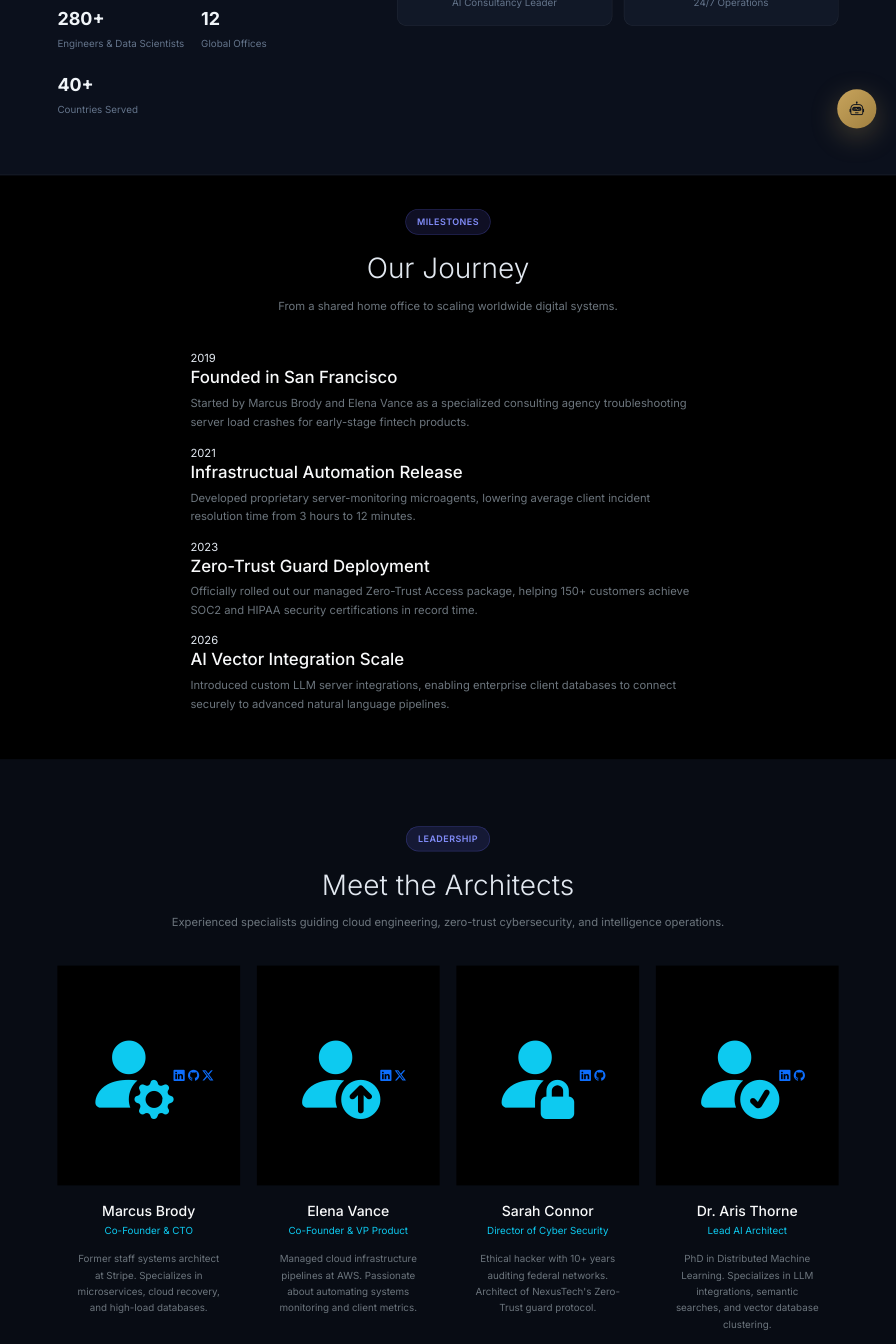
Repository: ruzni-dev/project-showcase
Page: pages/52-IT-Solutions-Website/pages/about.html
These files come from the project's save history. The page is drawn as it stood at one moment and after the next save; the edit follows.
The browser window is 1280 px wide. The pictures show the part of the page from y = 509 to 2429 px (the page is 2875 px tall before and 2940 px after), at 70% of full size.
Some web fonts or font styles are not loaded; a fallback is used.

Above is the page before, as saved 2026-05-24 21:47:11.

### pages/52-IT-Solutions-Website/pages/about.html
<!DOCTYPE html>
<html lang="en">
<head>
    <meta charset="UTF-8">
    <meta name="viewport" content="width=device-width, initial-scale=1.0">
    <title>NexusForge AI — Premium IT Solutions & Intelligent Automation</title>
    <link rel="icon" type="image/svg+xml" href="../assets/images/favicon.svg">
    <link rel="apple-touch-icon" href="../assets/images/favicon.svg">

    <!-- Bootstrap 5.3 CSS -->
    <link href="https://cdn.jsdelivr.net/npm/bootstrap@5.3.2/dist/css/bootstrap.min.css" rel="stylesheet">
    <!-- Bootstrap Icons -->
    <link href="https://cdn.jsdelivr.net/npm/bootstrap-icons@1.11.3/font/bootstrap-icons.css" rel="stylesheet">
    <!-- Google Fonts: Premium Typography -->
    <link href="https://fonts.googleapis.com/css2?family=Inter:wght@300;400;500;600;700;800;900&family=Playfair+Display:ital,wght@0,500;0,600;0,700;1,500&family=JetBrains+Mono:wght@400;500;600&display=swap" rel="stylesheet">
    <!-- AOS Animation -->
    <link href="https://unpkg.com/aos@2.3.1/dist/aos.css" rel="stylesheet">
    <!-- Custom Theme CSS -->
    <link href="../assets/css/style.css" rel="stylesheet">
</head>
<body>

    <!-- ==================== NAVBAR ==================== -->
    <nav class="navbar navbar-expand-lg fixed-top" id="mainNav">
        <div class="container">
            <a class="navbar-brand" href="../index.html">
                <div class="brand-mark"><i class="bi bi-cpu-fill"></i></div>
                <span>NexusForge AI</span>
            </a>
            <button class="navbar-toggler" type="button" data-bs-toggle="collapse" data-bs-target="#navContent">
                <span class="navbar-toggler-icon"></span>
            </button>
            <div class="collapse navbar-collapse" id="navContent">
                <ul class="navbar-nav mx-auto mb-2 mb-lg-0 gap-1">
                    <li class="nav-item"><a class="nav-link" href="../index.html" data-page="home">Home</a></li>
                    <li class="nav-item"><a class="nav-link active" href="about.html#about" data-page="about">About</a></li>
                    <li class="nav-item"><a class="nav-link" href="services.html" data-page="services">Services</a></li>
                    <li class="nav-item"><a class="nav-link" href="portfolio.html" data-page="portfolio">Portfolio</a></li>
                    <li class="nav-item"><a class="nav-link" href="ai-solutions.html" data-page="ai-solutions">AI Solutions</a></li>
                    <li class="nav-item"><a class="nav-link" href="contact.html" data-page="contact">Contact</a></li>
                </ul>
                <a href="#contact" class="btn-nav">Start a Project <i class="bi bi-arrow-right ms-1"></i></a>
            </div>
        </div>
    </nav>

    <!-- ==================== PAGE 2: ABOUT ==================== -->
    <section class="page-section dark-page" id="about">
        <div class="container">
            <div class="row align-items-center g-5">
                <div class="col-lg-5" data-aos="fade-right" data-aos-duration="900">
                    <span class="section-eyebrow">Our Story</span>
                    <h2 class="section-title">A decade of <span class="accent">excellence</span> in technology consulting</h2>
                    <p class="section-subtitle">
                        Founded in 2014 by a team of MIT and Stanford engineers, NexusForge AI has grown from a boutique consultancy into a global technology partner. We combine deep technical expertise with strategic vision to solve the most complex challenges.
                    </p>
                    <div class="d-flex gap-4 mt-4 flex-wrap">
                        <div><strong style="font-size:1.6rem;color:#f1f5f9;">280+</strong><br><small style="color:var(--slate-500);">Engineers & Data Scientists</small></div>
                        <div><strong style="font-size:1.6rem;color:#f1f5f9;">12</strong><br><small style="color:var(--slate-500);">Global Offices</small></div>
                        <div><strong style="font-size:1.6rem;color:#f1f5f9;">40+</strong><br><small style="color:var(--slate-500);">Countries Served</small></div>
                    </div>
                </div>
                <div class="col-lg-7" data-aos="fade-left" data-aos-duration="1000">
                    <div class="row g-3">
                        <div class="col-6">
                            <div style="background:var(--bg-card);border:1px solid var(--border-subtle);border-radius:var(--radius-md);padding:20px;text-align:center;">
                                <i class="bi bi-trophy-fill" style="font-size:2rem;color:var(--gold);"></i>
                                <h6 class="mt-2" style="color:#f1f5f9;">Forbes Tech Council</h6>
                                <small style="color:var(--slate-500);">Member since 2019</small>
                            </div>
                        </div>
                        <div class="col-6">
                            <div style="background:var(--bg-card);border:1px solid var(--border-subtle);border-radius:var(--radius-md);padding:20px;text-align:center;">
                                <i class="bi bi-shield-check-fill" style="font-size:2rem;color:var(--teal);"></i>
                                <h6 class="mt-2" style="color:#f1f5f9;">ISO 27001 Certified</h6>
                                <small style="color:var(--slate-500);">Security Excellence</small>
                            </div>
                        </div>
                        <div class="col-6">
                            <div style="background:var(--bg-card);border:1px solid var(--border-subtle);border-radius:var(--radius-md);padding:20px;text-align:center;">
                                <i class="bi bi-award-fill" style="font-size:2rem;color:var(--gold-light);"></i>
                                <h6 class="mt-2" style="color:#f1f5f9;">Gartner Recognized</h6>
                                <small style="color:var(--slate-500);">AI Consultancy Leader</small>
                            </div>
                        </div>
                        <div class="col-6">
                            <div style="background:var(--bg-card);border:1px solid var(--border-subtle);border-radius:var(--radius-md);padding:20px;text-align:center;">
                                <i class="bi bi-globe2" style="font-size:2rem;color:var(--teal);"></i>
                                <h6 class="mt-2" style="color:#f1f5f9;">Global Delivery</h6>
                                <small style="color:var(--slate-500);">24/7 Operations</small>
                            </div>
                        </div>
                    </div>
                </div>
            </div>
        </div>
    </section>

    <!-- Company History Timeline -->
    <section class="py-5 bg-black bg-opacity-20">
        <div class="container">
            <div class="section-header text-center max-width-600 mx-auto">
                <div class="tech-badge">Milestones</div>
                <h2 class="display-6">Our Journey</h2>
                <p class="text-secondary mt-3">From a shared home office to scaling worldwide digital systems.</p>
            </div>

            <div class="row justify-content-center mt-5">
                <div class="col-lg-8">
                    <div class="timeline">

                        <div class="timeline-item">
                        <div class="timeline-dot"></div>
                        <div class="timeline-year">2019</div>
                        <h4 class="text-light">Founded in San Francisco</h4>
                        <p class="text-secondary">
                            Started by Marcus Brody and Elena Vance as a specialized consulting agency troubleshooting server load crashes for early-stage fintech products.
                        </p>
                        </div>

                        <div class="timeline-item">
                        <div class="timeline-dot"></div>
                        <div class="timeline-year">2021</div>
                        <h4 class="text-light">Infrastructual Automation Release</h4>
                        <p class="text-secondary">
                            Developed proprietary server-monitoring microagents, lowering average client incident resolution time from 3 hours to 12 minutes.
                        </p>
                        </div>

                        <div class="timeline-item">
                        <div class="timeline-dot"></div>
                        <div class="timeline-year">2023</div>
                        <h4 class="text-light">Zero-Trust Guard Deployment</h4>
                        <p class="text-secondary">
                            Officially rolled out our managed Zero-Trust Access package, helping 150+ customers achieve SOC2 and HIPAA security certifications in record time.
                        </p>
                        </div>

                        <div class="timeline-item">
                        <div class="timeline-dot"></div>
                        <div class="timeline-year">2026</div>
                        <h4 class="text-light">AI Vector Integration Scale</h4>
                        <p class="text-secondary">
                            Introduced custom LLM server integrations, enabling enterprise client databases to connect securely to advanced natural language pipelines.
                        </p>
                        </div>

                    </div>
                </div>
            </div>
        </div>
    </section>

    <!-- Team Grid Section -->
    <section class="py-5 my-5" id="team">
        <div class="container">
            <div class="section-header text-center max-width-600 mx-auto">
                <div class="tech-badge">Leadership</div>
                <h2 class="display-6">Meet the <span class="gradient-text">Architects</span></h2>
                <p class="text-secondary mt-3">Experienced specialists guiding cloud engineering, zero-trust cybersecurity, and intelligence operations.</p>
            </div>
            <div class="row g-4 mt-4">
                <!-- Member 1 -->
                <div class="col-xl-3 col-md-6">
                    <div class="team-card h-100">
                        <div class="team-img-wrapper text-center bg-black bg-opacity-30 d-flex align-items-center justify-content-center py-5">
                            <!-- Inline Premium Avatar Icon Graphic -->
                            <i class="bi bi-person-fill-gear text-info" style="font-size: 8rem;"></i>
                            <div class="team-socials">
                                <a href="#" class="team-social-link"><i class="bi bi-linkedin"></i></a>
                                <a href="#" class="team-social-link"><i class="bi bi-github"></i></a>
                                <a href="#" class="team-social-link"><i class="bi bi-twitter-x"></i></a>
                            </div>
                        </div>
                        <div class="p-4 text-center">
                            <h5 class="mb-1 text-light">Marcus Brody</h5>
                            <p class="text-info small mb-3">Co-Founder & CTO</p>
                            <p class="text-secondary small mb-0">Former staff systems architect at Stripe. Specializes in microservices, cloud recovery, and high-load databases.</p>
                        </div>
                    </div>
                </div>

                <!-- Member 2 -->
                <div class="col-xl-3 col-md-6">
                    <div class="team-card h-100">
                        <div class="team-img-wrapper text-center bg-black bg-opacity-30 d-flex align-items-center justify-content-center py-5">
                            <i class="bi bi-person-fill-up text-info" style="font-size: 8rem;"></i>
                            <div class="team-socials">
                                <a href="#" class="team-social-link"><i class="bi bi-linkedin"></i></a>
                                <a href="#" class="team-social-link"><i class="bi bi-twitter-x"></i></a>
                            </div>
                        </div>
                        <div class="p-4 text-center">
                            <h5 class="mb-1 text-light">Elena Vance</h5>
                            <p class="text-info small mb-3">Co-Founder & VP Product</p>
                            <p class="text-secondary small mb-0">Managed cloud infrastructure pipelines at AWS. Passionate about automating systems monitoring and client metrics.</p>
                        </div>
                    </div>
                </div>

                <!-- Member 3 -->
                <div class="col-xl-3 col-md-6">
                <div class="team-card h-100">
                    <div class="team-img-wrapper text-center bg-black bg-opacity-30 d-flex align-items-center justify-content-center py-5">
                    <i class="bi bi-person-fill-lock text-info" style="font-size: 8rem;"></i>
                    <div class="team-socials">
                        <a href="#" class="team-social-link"><i class="bi bi-linkedin"></i></a>
                        <a href="#" class="team-social-link"><i class="bi bi-github"></i></a>
                    </div>
                    </div>
                    <div class="p-4 text-center">
                    <h5 class="mb-1 text-light">Sarah Connor</h5>
                    <p class="text-info small mb-3">Director of Cyber Security</p>
                    <p class="text-secondary small mb-0">Ethical hacker with 10+ years auditing federal networks. Architect of NexusTech's Zero-Trust guard protocol.</p>
                    </div>
                </div>
                </div>

                <!-- Member 4 -->
                <div class="col-xl-3 col-md-6">
                <div class="team-card h-100">
                    <div class="team-img-wrapper text-center bg-black bg-opacity-30 d-flex align-items-center justify-content-center py-5">
                    <i class="bi bi-person-fill-check text-info" style="font-size: 8rem;"></i>
                    <div class="team-socials">
                        <a href="#" class="team-social-link"><i class="bi bi-linkedin"></i></a>
                        <a href="#" class="team-social-link"><i class="bi bi-github"></i></a>
                    </div>
                    </div>
                    <div class="p-4 text-center">
                    <h5 class="mb-1 text-light">Dr. Aris Thorne</h5>
                    <p class="text-info small mb-3">Lead AI Architect</p>
                    <p class="text-secondary small mb-0">PhD in Distributed Machine Learning. Specializes in LLM integrations, semantic searches, and vector database clustering.</p>
                    </div>
                </div>
                </div>

            </div>
        </div>
    </section>

    <!-- ==================== FOOTER ==================== -->
    <footer class="footer-premium">
        <div class="container">
            <div class="row g-4">
                <div class="col-lg-4 mb-3">
                    <a class="footer-brand" href="#home">NexusForge AI</a>
                    <p style="color:var(--slate-500);font-size:0.88rem;margin-top:8px;">Engineering the intelligent enterprise. Trusted by 500+ global clients since 2014.</p>
                </div>
                <div class="col-6 col-md-3 col-lg-2">
                    <h6 style="color:#f1f5f9;font-size:0.8rem;text-transform:uppercase;letter-spacing:1px;margin-bottom:14px;">Services</h6>
                    <ul class="footer-links">
                        <li><a href="#">Cloud Architecture</a></li>
                        <li><a href="#">Cybersecurity</a></li>
                        <li><a href="#">AI & ML</a></li>
                        <li><a href="#">DevOps</a></li>
                    </ul>
                </div>
                <div class="col-6 col-md-3 col-lg-2">
                    <h6 style="color:#f1f5f9;font-size:0.8rem;text-transform:uppercase;letter-spacing:1px;margin-bottom:14px;">Company</h6>
                    <ul class="footer-links">
                        <li><a href="#about">About</a></li>
                        <li><a href="#">Careers</a></li>
                        <li><a href="#">Insights</a></li>
                        <li><a href="#">Partners</a></li>
                    </ul>
                </div>
                <div class="col-6 col-md-3 col-lg-2">
                    <h6 style="color:#f1f5f9;font-size:0.8rem;text-transform:uppercase;letter-spacing:1px;margin-bottom:14px;">Resources</h6>
                    <ul class="footer-links">
                        <li><a href="#">Documentation</a></li>
                        <li><a href="#">API Reference</a></li>
                        <li><a href="#">Whitepapers</a></li>
                        <li><a href="#">Status</a></li>
                    </ul>
                </div>
                <div class="col-6 col-md-3 col-lg-2">
                    <h6 style="color:#f1f5f9;font-size:0.8rem;text-transform:uppercase;letter-spacing:1px;margin-bottom:14px;">Legal</h6>
                    <ul class="footer-links">
                        <li><a href="#">Privacy</a></li>
                        <li><a href="#">Terms</a></li>
                        <li><a href="#">Cookies</a></li>
                    </ul>
                </div>
            </div>
            <hr style="border-color:rgba(255,255,255,0.05);margin:30px 0 20px;">
            <div class="text-center" style="color:var(--slate-600);font-size:0.8rem;">
                &copy; 2026 NexusForge AI. All rights reserved. Crafted with precision.
            </div>
        </div>
    </footer>

    <!-- ==================== AI CHAT WIDGET ==================== -->
    <div class="ai-chat-fab" id="aiChatFab">
        <div class="chat-panel" id="chatPanel">
            <div class="chat-panel-header">
                <span class="online-dot"></span>
                <strong>Nexus AI Assistant</strong>
                <small style="opacity:0.6;margin-left:auto;font-size:0.7rem;">GPT-4o</small>
                <button style="background:none;border:none;color:#fff;cursor:pointer;font-size:1.1rem;margin-left:8px;" onclick="toggleChatPanel()"><i class="bi bi-x-lg"></i></button>
            </div>
            <div class="chat-messages" id="chatMessages">
                <div class="chat-msg bot">
                    👋 Welcome to NexusForge AI. I'm your dedicated assistant. How may I help you today? You can ask about our services, case studies, or request a consultation.
                </div>
            </div>
            <div class="chat-input-row">
                <input type="text" id="chatInputField" placeholder="Type your message..." onkeypress="if(event.key==='Enter')sendPremiumChat()">
                <button onclick="sendPremiumChat()"><i class="bi bi-send-fill"></i></button>
            </div>
        </div>
        <button class="chat-fab-btn" onclick="toggleChatPanel()" id="chatFabBtn">
            <i class="bi bi-robot"></i>
            <span class="pulse-ring"></span>
        </button>
    </div>

    <!-- ==================== SCRIPTS ==================== -->
    <script src="https://cdn.jsdelivr.net/npm/bootstrap@5.3.2/dist/js/bootstrap.bundle.min.js"></script>
    <script src="https://unpkg.com/aos@2.3.1/dist/aos.js"></script>
    <script src="../assets/js/script.js"></script>
</body>
</html>

Loaded but not shown: pages/52-IT-Solutions-Website/assets/js/script.js (231 lines, source omitted); pages/52-IT-Solutions-Website/assets/css/style.css (1141 lines, source omitted)

After the next save:
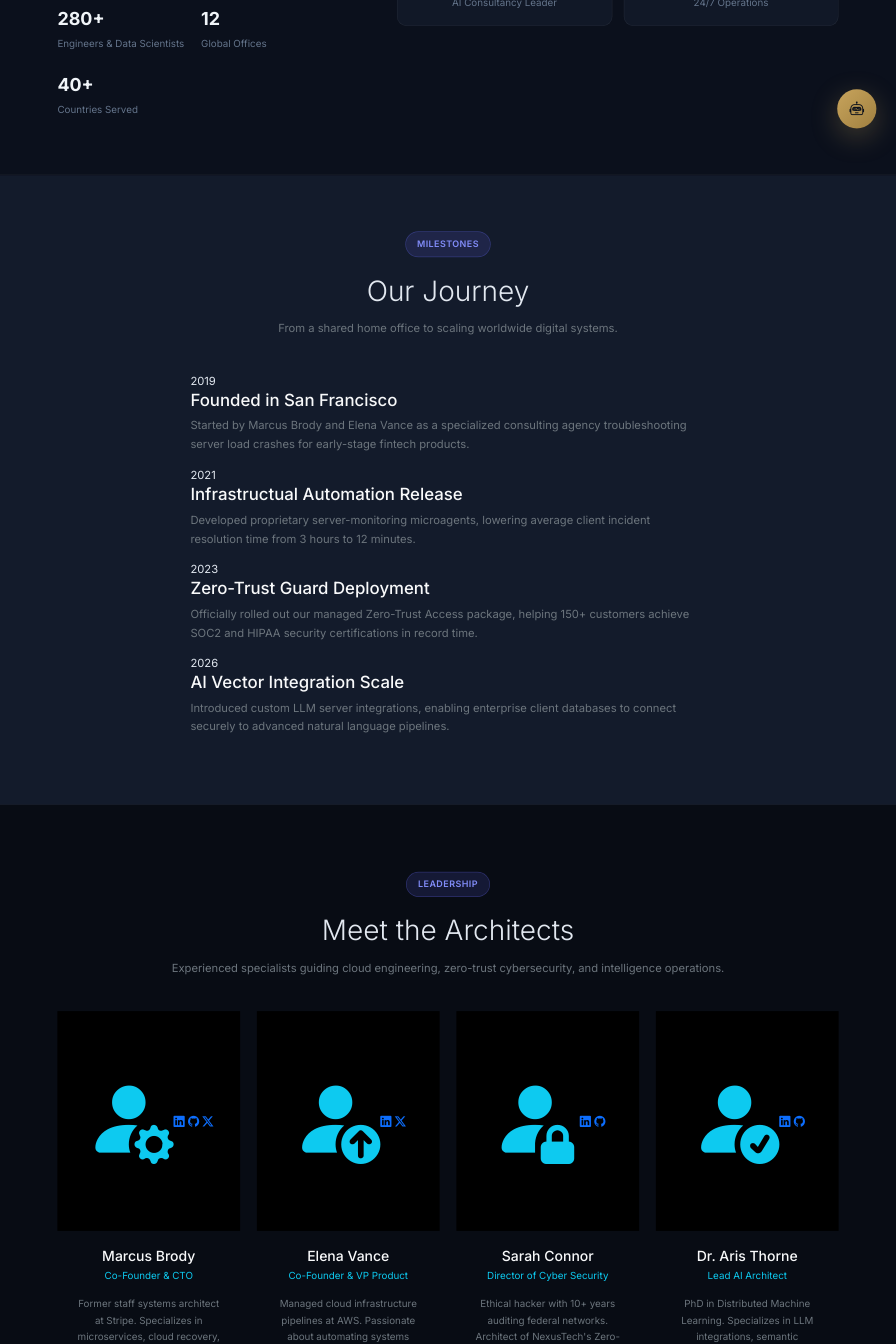
Saved 4 min 24 s later.
--- a/pages/52-IT-Solutions-Website/pages/about.html
+++ b/pages/52-IT-Solutions-Website/pages/about.html
@@ -97,7 +97,7 @@
     </section>
 
     <!-- Company History Timeline -->
-    <section class="py-5 bg-black bg-opacity-20">
+    <section class="page-section elevated-page">
         <div class="container">
             <div class="section-header text-center max-width-600 mx-auto">
                 <div class="tech-badge">Milestones</div>
